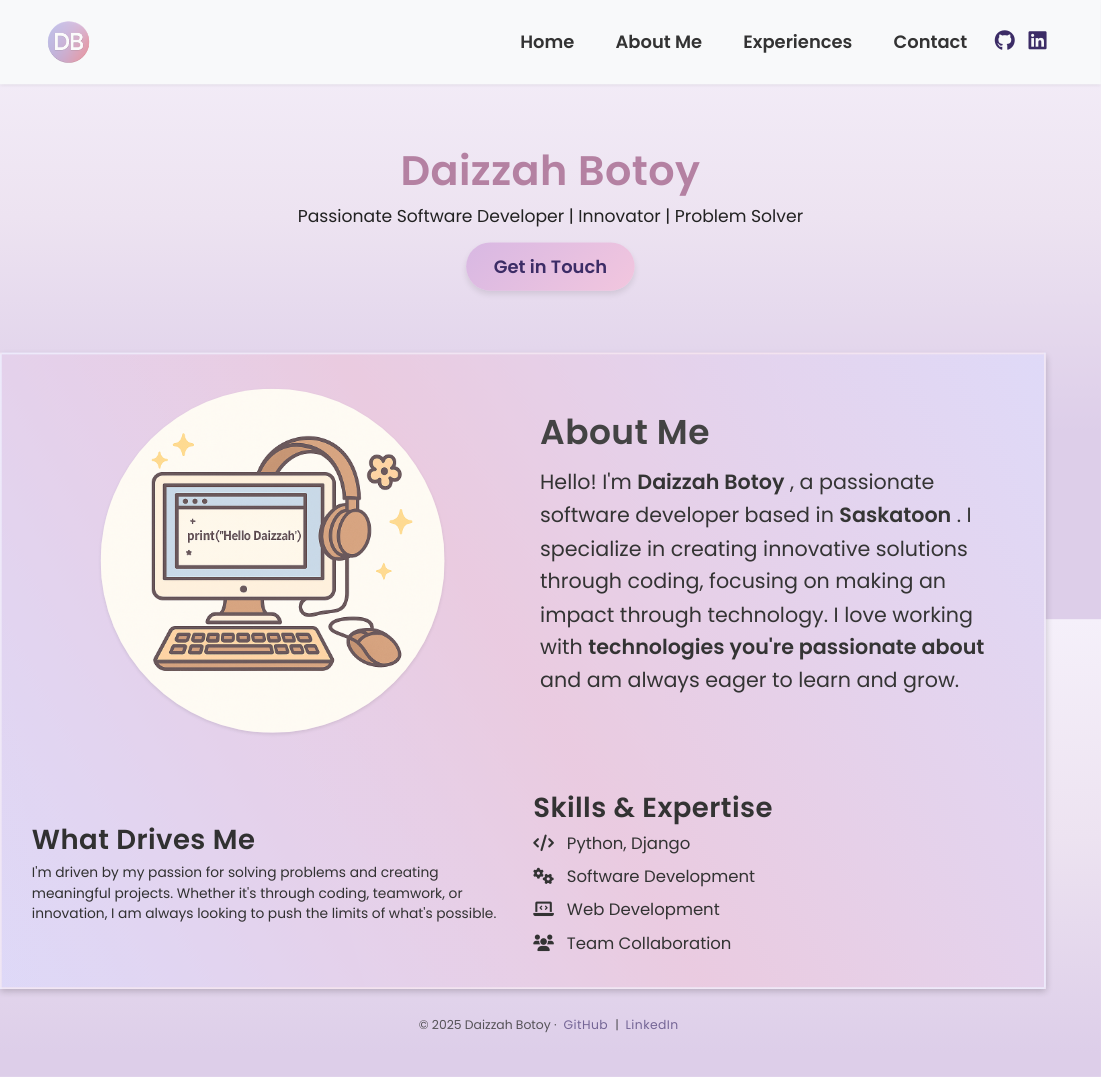
Repository: daizzah/daizzah-portfolio
Page: html/aboutme.html
The author's editor kept a copy of each file at every save. The page is drawn from the files as they stood at one save, then again after the next save.
The browser window is 1280 px wide. The pictures show the whole page, at 86% of full size.
Backgrounds fixed to the window are drawn as part of the page.

Above is the page before, as saved 2025-04-03 01:14:17.

### html/aboutme.html
<!DOCTYPE html>
<html lang="en">
  <head>
    <meta charset="UTF-8" />
    <meta name="viewport" content="width=device-width, initial-scale=1.0" />
    <title>Daizzah Botoy - About Me</title>
    <link
      href="https://cdn.jsdelivr.net/npm/bootstrap@5.3.1/dist/css/bootstrap.min.css"
      rel="stylesheet"
    />
    <link
      href="https://cdnjs.cloudflare.com/ajax/libs/font-awesome/6.0.0-beta3/css/all.min.css"
      rel="stylesheet"
    />
    <link
      href="https://fonts.googleapis.com/css2?family=Poppins:wght@400;500;600&display=swap"
      rel="stylesheet"
    />
    <link rel="stylesheet" href="../styles.css" />
  </head>

  <body>
    <!-- Navbar -->
    <nav
      class="navbar navbar-expand-lg navbar-light bg-light sticky-top shadow-sm"
    >
      <div class="container">
        <a class="navbar-brand" href="home.html">
          <img
            src="../assets/db-icon.png"
            alt="DB Logo"
            style="height: 50px; width: 50px; border-radius: 50%"
          />
        </a>
        <button
          class="navbar-toggler"
          type="button"
          data-bs-toggle="collapse"
          data-bs-target="#navbarNav"
        >
          <span class="navbar-toggler-icon"></span>
        </button>
        <div class="collapse navbar-collapse" id="navbarNav">
          <ul class="navbar-nav ms-auto gap-3">
            <li class="nav-item">
              <a class="nav-link" href="home.html">Home</a>
            </li>
            <li class="nav-item">
              <a class="nav-link" href="aboutme.html#aboutme">About Me</a>
            </li>
            <li class="nav-item">
              <a class="nav-link" href="experiences.html#experiences">
                Experiences
              </a>
            </li>
            <li class="nav-item">
              <a class="nav-link" href="contact.html#contact">Contact</a>
            </li>
          </ul>
          <div class="nav-icons d-flex align-items-center">
            <a
              href="https://github.com/daizzah"
              target="_blank"
              class="nav-link px-2"
            >
              <i class="fab fa-github fa-lg"></i>
            </a>
            <a
              href="https://www.linkedin.com/in/daizzah-botoy/"
              target="_blank"
              class="nav-link px-2"
            >
              <i class="fab fa-linkedin fa-lg"></i>
            </a>
          </div>
        </div>
      </div>
    </nav>

    <!-- Hero Section -->
    <section
      id="hero"
      class="text-center fade-in"
      style="padding-top: 4.5rem; padding-bottom: 4.5rem"
    >
      <div class="container">
        <h1 class="hero-name">
          <span class="emphasized-name">Daizzah Botoy</span>
        </h1>
        <p class="lead">
          Passionate Software Developer | Innovator | Problem Solver
        </p>
        <a href="contact.html#contact" class="btn btn-primary btn-lg">
          Get in Touch
        </a>
      </div>
    </section>

    <!-- About Me Section -->
    <section id="about-me">
      <div class="pink-box fade-in">
        <div class="container">
          <div class="row align-items-center">
            <div class="col-md-6 text-center fade-in">
              <img
                src="../assets/doodle.png"
                alt="Illustrated portrait doodle"
                class="profile-img img-fluid"
              />
            </div>
            <div class="col-md-6 fade-in">
              <h1 id="about-title">About Me</h1>
              <p class="bio">
                Hello! I'm
                <strong>Daizzah Botoy</strong>
                , a passionate software developer based in
                <strong>Saskatoon</strong>
                . I specialize in creating innovative solutions through coding,
                focusing on making an impact through technology. I love working
                with
                <strong>technologies you're passionate about</strong>
                and am always eager to learn and grow.
              </p>
            </div>
          </div>
          <div class="row mt-5 fade-in">
            <div class="col">
              <h2>What Drives Me</h2>
              <p>
                I'm driven by my passion for solving problems and creating
                meaningful projects. Whether it's through coding, teamwork, or
                innovation, I am always looking to push the limits of what's
                possible.
              </p>
            </div>
            <div class="col">
              <h2>Skills & Expertise</h2>
              <ul class="skills-list">
                <li>
                  <i class="fas fa-code"></i>
                  Python, Django
                </li>
                <li>
                  <i class="fas fa-cogs"></i>
                  Software Development
                </li>
                <li>
                  <i class="fas fa-laptop-code"></i>
                  Web Development
                </li>
                <li>
                  <i class="fas fa-users"></i>
                  Team Collaboration
                </li>
              </ul>
            </div>
          </div>
        </div>
      </div>
    </section>

    <!-- Footer -->
    <footer class="site-footer">
      <p>
        © 2025 Daizzah Botoy ·
        <a
          class="footer-link"
          href="https://github.com/daizzah"
          target="_blank"
        >
          GitHub
        </a>
        |
        <a
          class="footer-link"
          href="https://www.linkedin.com/in/daizzah-botoy/"
          target="_blank"
        >
          LinkedIn
        </a>
      </p>
    </footer>

    <!-- Scripts -->
    <script>
      document.addEventListener("DOMContentLoaded", () => {
        const fadeElements = document.querySelectorAll(".fade-in");
        fadeElements.forEach((el, index) => {
          setTimeout(() => {
            el.classList.add("visible");
          }, index * 150);
        });
      });
    </script>
    <script src="https://cdn.jsdelivr.net/npm/bootstrap@5.3.1/dist/js/bootstrap.bundle.min.js"></script>
  </body>
</html>

Loaded but not shown: styles.css (979 lines, source omitted)

After the next save:
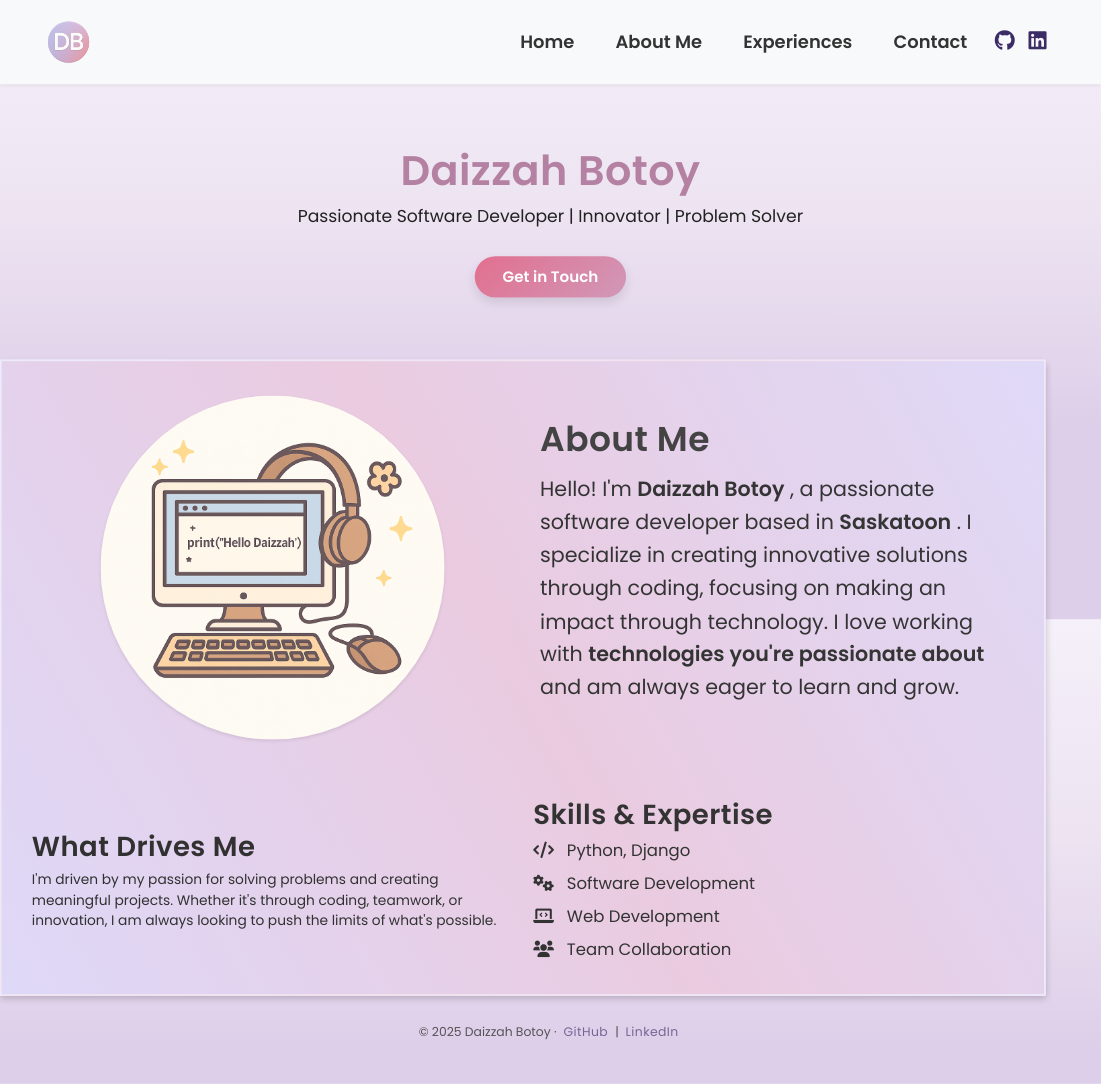
Saved 76 s later.
--- a/html/aboutme.html
+++ b/html/aboutme.html
@@ -90,7 +90,7 @@
         <p class="lead">
           Passionate Software Developer | Innovator | Problem Solver
         </p>
-        <a href="contact.html#contact" class="btn btn-primary btn-lg">
+        <a href="contact.html#contact" class="pretty-button fade-in">
           Get in Touch
         </a>
       </div>
